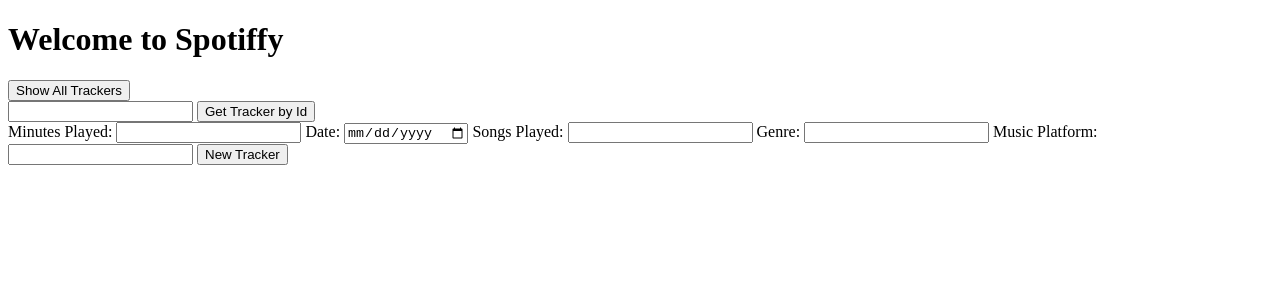
Repository: wcylou/EventTrackerProject
Page: SpotifyREST/src/main/webapp/index.html
These files come from the project's save history. The page is drawn as it stood at one moment and after the next save; the edit follows.
The browser window is 1280 px wide. The pictures show the whole page.

Above is the page before, as saved 2018-07-19 14:43:55.

### SpotifyREST/src/main/webapp/index.html
<!DOCTYPE html>
<html lang="en" dir="ltr">
  <head>
    <meta charset="utf-8">
    <title></title>
  </head>
  <body>
  <h1>Welcome to Spotiffy</h1>

  <button id ="showAllTrackers">Show All Trackers</button>

  <form name="inputForm">
    <input type="number" name="trackerId">
    <button name="lookup">Get Tracker by Id</button>
  </form>

  <form name="createTrackerForm" id="createTrackerForm">
    Minutes Played: <input type="number" name="minutesPlayed">
    Date: <input type="date" name="date">
    Songs Played: <input type="number" name="songsPlayed">
    Genre: <input type="text" name="genre">
    Music Platform: <input type="text" name="musicPlatform">
    <button name="create">New Tracker</button>
  </form>

  <div id="output">
    <div id="trackerData"></div>
    <div id="actorData"></div>
  </div>


    <script src="js/script.js" charset="utf-8"></script>
  </body>
</html>

### SpotifyREST/src/main/webapp/js/script.js
window.addEventListener('load', function(e) {
  console.log('document loaded');
  init();
});

function init() {
  document.inputForm.lookup.addEventListener('click', function(event) {
    event.preventDefault();
    var trackerId = document.inputForm.trackerId.value;
    if (!isNaN(trackerId) && trackerId > 0) {
      getTracker(trackerId);
    }
  })
  document.createTrackerForm.create.addEventListener('click', function(event) {
	  event.preventDefault();
	  createTracker();
  })
  var btn = document.getElementById('showAllTrackers')
   btn.addEventListener('click', function(event) {
	  event.preventDefault();
	  getAllTrackers();
  })
}

function getAllTrackers() {
	var xhr = new XMLHttpRequest();

	xhr.open('GET', "api/trackers/", true);

	xhr.onreadystatechange = function() {
		if (xhr.readyState === 4 && xhr.status < 400) {
			var trackers = JSON.parse(xhr.responseText);
			displayAllTrackers(trackers);
			console.log(trackers);
		}

		if (xhr.readyState === 4 && xhr.status >= 400) {
			console.log("test");
			trackerData.textContent = "Tracker not found";
		}
	};
	xhr.send(null);
}

function getTracker(trackerId) {
	var xhr = new XMLHttpRequest();

	var filmData = document.getElementById("trackerId");
	var link = "api/trackers/" + trackerId;
	xhr.open('GET', link, true);

	xhr.onreadystatechange = function() {
		if (xhr.readyState === 4 && xhr.status < 400) {
			var tracker = JSON.parse(xhr.responseText);
			displayTracker(tracker);
			console.log(tracker);
		}

		if (xhr.readyState === 4 && xhr.status >= 400) {
			console.log("test");
			trackerData.textContent = "Tracker not found";
		}
	};
	xhr.send(null);
}

function displayTracker(tracker) {
  var dataDiv = document.getElementById('trackerData');
  dataDiv.textContent = '';

  var header = document.createElement('h1');
  header.textContent = tracker.id;
  var body = document.createElement('blockquote');
  var ul = document.createElement('ul');
  var li = document.createElement('li');
  var li2 = document.createElement('li');
  var li3 = document.createElement('li');
  var li4 = document.createElement('li');
  var li5 = document.createElement('li');
  li.textContent = tracker.minutesPlayed;
  li2.textContent = tracker.date;
  li3.textContent = tracker.songsPlayed;
  li4.textContent = tracker.genre;
  li5.textContent = tracker.musicPlatform;
  ul.appendChild(li);
  ul.appendChild(li2);
  ul.appendChild(li3);
  ul.appendChild(li4);
  ul.appendChild(li5);
  dataDiv.appendChild(header);
  dataDiv.appendChild(body);
  dataDiv.appendChild(ul);
}

function displayAllTrackers(trackers) {
	var table = document.createElement('table');
	var tableHead = document.createElement('thead');
	var tableRow = document.createElement('tr');
	var tableHead2 = document.createElement('th');
	var tableHead3 = document.createElement('th');
	var tableHead4 = document.createElement('th');
	var tableHead5 = document.createElement('th');
	var tableHead6 = document.createElement('th');
	tableHead2.textContent = 'Minutes Played';
	tableHead3.textContent = 'Date';
	tableHead4.textContent = 'Songs Played';
	tableHead5.textContent = 'Genre';
	tableHead6.textContent = 'Music Platform';
	var tableBody = document.createElement('tbody');

	table.appendChild(tableHead);
	tableHead.appendChild(tableRow);
	tableRow.appendChild(tableHead2);
	tableRow.appendChild(tableHead3);
	tableRow.appendChild(tableHead4);
	tableRow.appendChild(tableHead5);
	tableRow.appendChild(tableHead6);

	for(var i = 0; i < trackers.length; i++) {
	    var tableRow2 = document.createElement('tr');
	    var tableData = document.createElement('td');
	    var tableData2 = document.createElement('td');
	    var tableData3 = document.createElement('td');
	    var tableData4 = document.createElement('td');
	    var tableData5 = document.createElement('td');
	    tableData.textContent = trackers[i].minutesPlayed;
	    tableData2.textContent = trackers[i].date;
	    tableData3.textContent = trackers[i].songsPlayed;
	    tableData4.textContent = trackers[i].genre;
	    tableData5.textContent = trackers[i].musicPlatform;
	    tableRow2.appendChild(tableData);
	    tableRow2.appendChild(tableData2);
	    tableRow2.appendChild(tableData3);
	    tableRow2.appendChild(tableData4);
	    tableRow2.appendChild(tableData5);
	    tableBody.appendChild(tableRow2);
	}

	table.appendChild(tableBody);

	document.body.appendChild(table);

}

function createFilm() {
	var form = document.getElementById('createFilmForm');
	var film = {};
	film.title = form.filmTitle.value;
	film.description = form.description.value;
	film.releaseYear = Number(form.releaseYear.value);
	film.rating = form.rating.value;
	film.length = Number(form.length.value);
	console.log(film);
	var xhr = new XMLHttpRequest();
	xhr.open("POST", "api/films", true);
	xhr.setRequestHeader("Content-Type", "application/json");
	xhr.onreadystatechange = function() {
		if (xhr.readyState === 4 && xhr.status < 400) {
			var film = JSON.parse(xhr.responseText);
			displayFilm(film);

		}

		if (xhr.readyState === 4 && xhr.status >= 400) {
			actorData.textContent = "Film not created";
		}
	};
	xhr.send(JSON.stringify(film));
}

After the next save:
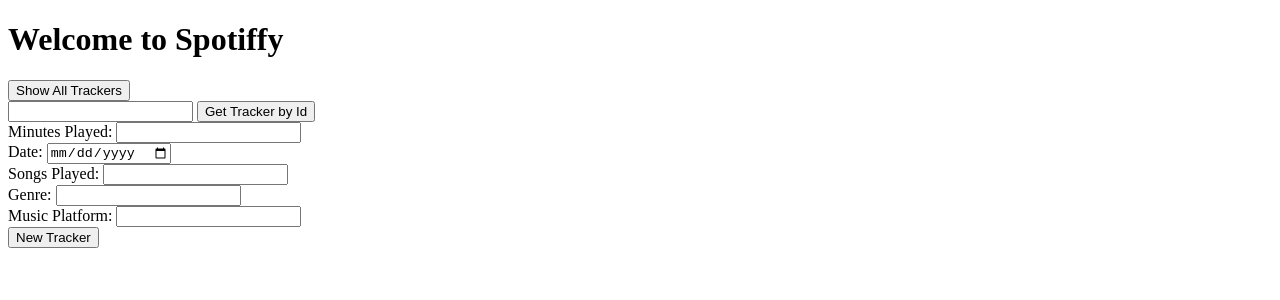
Saved 27 s later.
--- a/SpotifyREST/src/main/webapp/index.html
+++ b/SpotifyREST/src/main/webapp/index.html
@@ -15,11 +15,11 @@
   </form>
 
   <form name="createTrackerForm" id="createTrackerForm">
-    Minutes Played: <input type="number" name="minutesPlayed">
-    Date: <input type="date" name="date">
-    Songs Played: <input type="number" name="songsPlayed">
-    Genre: <input type="text" name="genre">
-    Music Platform: <input type="text" name="musicPlatform">
+    Minutes Played: <input type="number" name="minutesPlayed"><br>
+    Date: <input type="date" name="date"><br>
+    Songs Played: <input type="number" name="songsPlayed"><br>
+    Genre: <input type="text" name="genre"><br>
+    Music Platform: <input type="text" name="musicPlatform"><br>
     <button name="create">New Tracker</button>
   </form>
 
